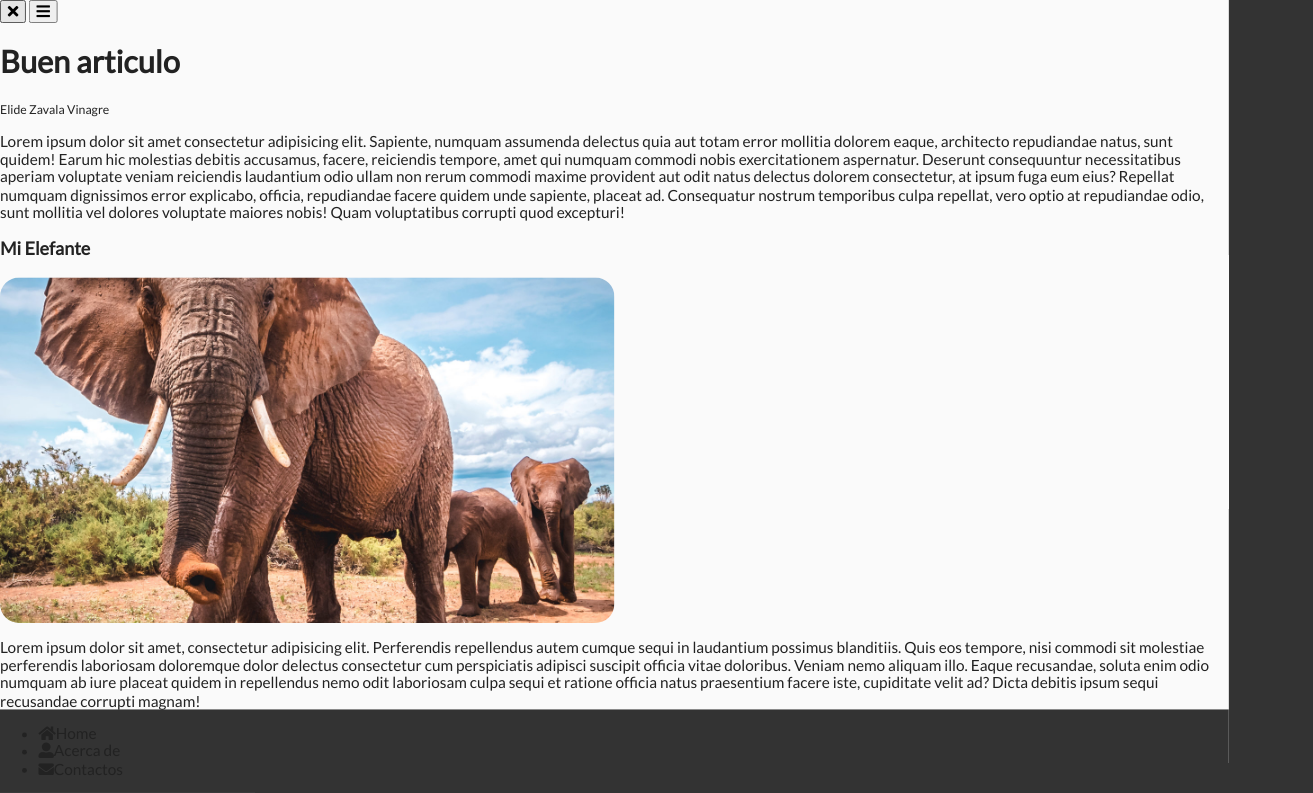
Repository: ElideZavala/Navagacion-en-rotacion
Page: index.html
An editor plug-in stored every save of this project. The page is shown before and after the next save, followed by the edit.
The browser window is 1280 px wide. The page is 1280 px wide, then 1368 px, so the pictures cover 1368 px, including what lies to the right of the window. The pictures show the whole page, at 96% of full size.

Above is the page before, as saved 2021-05-29 08:42:50.

After the next save:
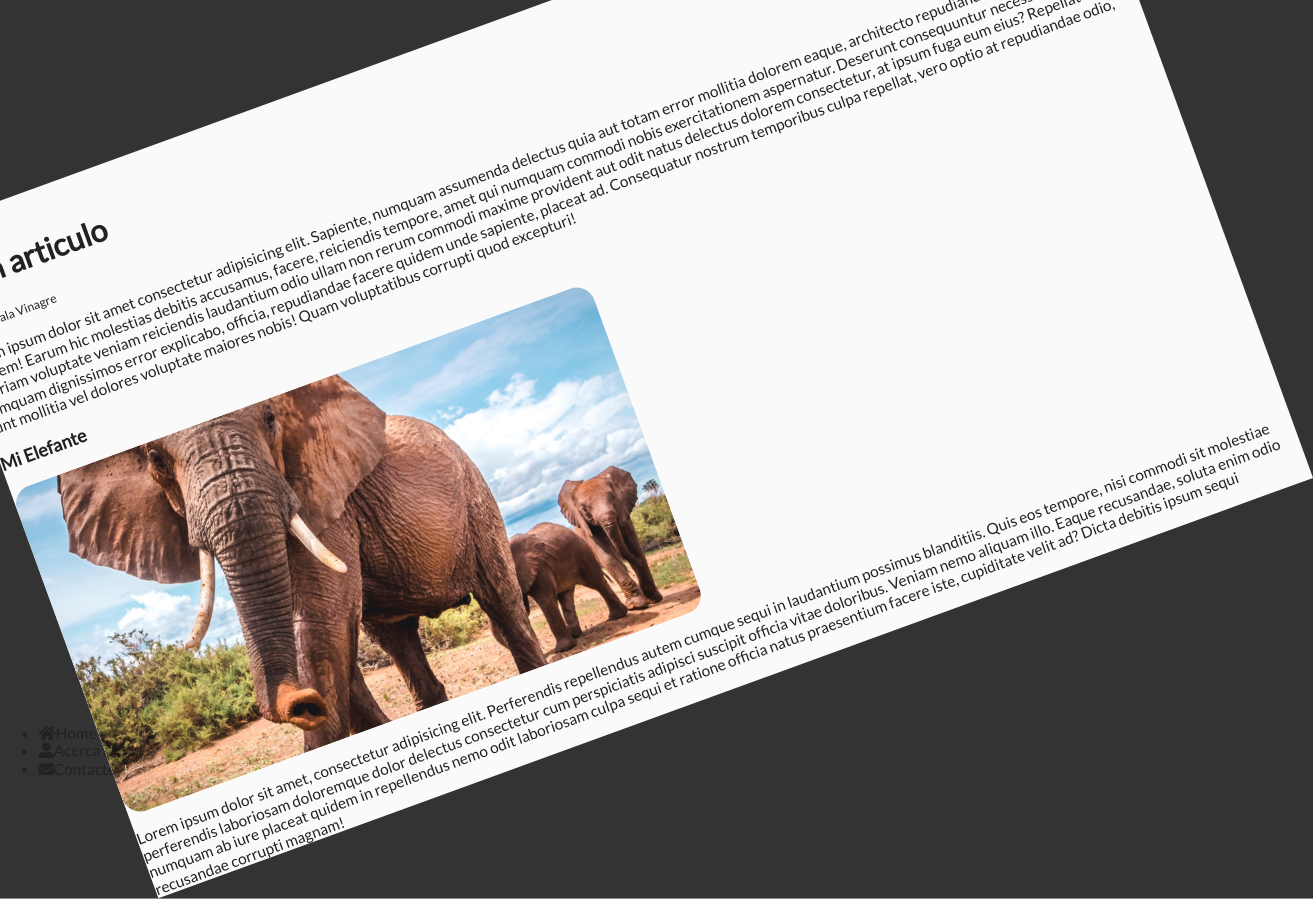
Saved 4 min 17 s later.
--- a/index.html
+++ b/index.html
@@ -10,7 +10,7 @@
 	<title>Navegación Giratoria</title>
 </head>
 <body>
-	<div class="container">
+	<div class="container show-nav">
 		<div class="circle-container">
 			<div class="circle">
 				<button id="close">
